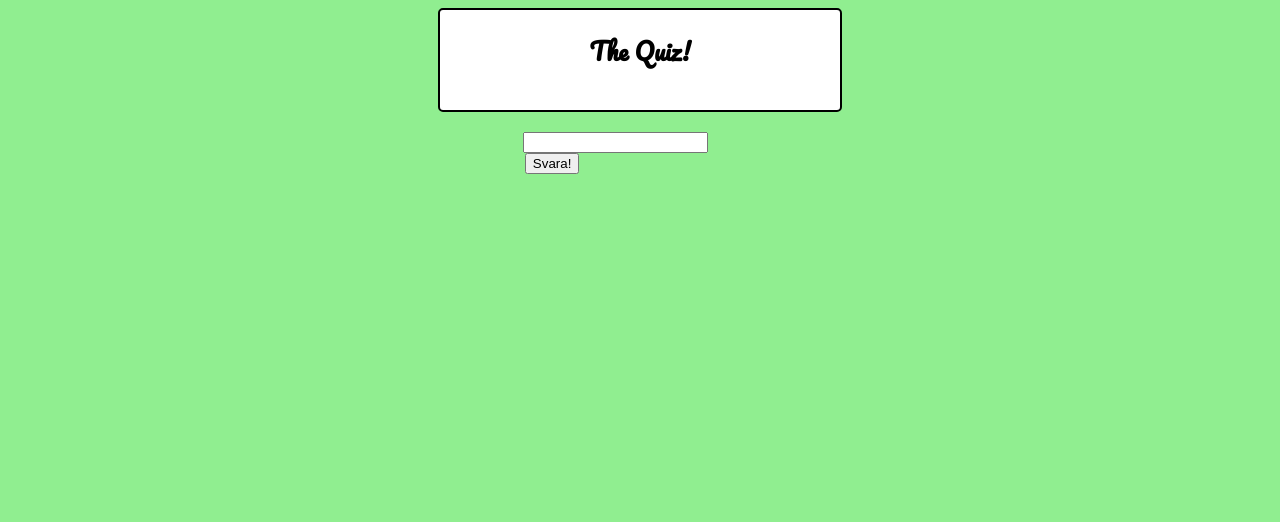
Repository: kn222gp/1dv403-laborationer
Page: 4-thequiz/index.html
The author's editor kept a record of every edit. The page is drawn from the files as they stood at one moment, then again after the next edit.
The browser window is 1280 px wide. The pictures show the whole page.
The page's requests for data from a server got no answer.

Above is the page before.

### 4-thequiz/index.html
<!DOCTYPE html>
<html lang="sv">
<head>
	<meta charset="UTF-8" />
 	<title>JavaScript - Laboration 4 - The Quiz</title>
 	<link rel="stylesheet" href="style.css" type="text/css" />
    <link href='https://fonts.googleapis.com/css?family=Pacifico' rel='stylesheet' type='text/css'>
</head>
<body>

    <header>
        <h2>The Quiz!</h2>
    </header>

    <div id="section">
        <h2 id="question">

        </h2>
        <div id="error">

        </div>
        <div id="msg">

        </div>

    </div>


        <form  id="input">
            <input type="text" name="svar" id="text"/>
            <input type="submit" value="Svara!" id="submit"/>
        </form>

    <script type="text/javascript" src="myScript.js"></script>
</body>

</html>

### 4-thequiz/style.css
body{
    background-color: LightGreen;
}

header{
    width: 400px;
    height: 100px;
    margin:auto;
    text-align:center;
    background-color:white;
    font-family: 'Pacifico', cursive;
    border-radius:5px;
    border: 2px solid black;
}


#firstSection{
    width:400px;
    height:300px;
    text-align:center;
    background-color:white;
    margin:auto;
    margin-top: 1%;
    border-radius:5px;
    border: 2px solid black;
     font-family: 'Pacifico', cursive;
}



#input{
    width: 235px;
    margin-left:auto;
    margin-right:auto;
    margin-top:1%;
    background-color: white;
}

#text{
    float:left;
}

#submit{
    float:left;
    margin-left:1%;
}

### 4-thequiz/myScript.js
"use strict";

var quiz = {

    // Declare variables.
    msg : document.getElementById("msg"),
    qSec: document.getElementById("question"),
    error: document.getElementById("error"),
    answer: document.getElementById("text"),
    submit: document.getElementById("submit"),
    tries: 0,
    tryArray: [],
    xhr: new XMLHttpRequest(),
    q: null,

    init: function(){
        console.log("window loaded."),

        quiz.quizGame("http://vhost3.lnu.se:20080/question/1");
    },

    // The function that contacts the server.
    quizGame: function(url){

        quiz.xhr.onreadystatechange = function(){

            if(quiz.xhr.readyState === 4 && quiz.xhr.status === 200){
                 quiz.q = JSON.parse(quiz.xhr.responseText);
                 quiz.qSec.innerHTML = quiz.q.question;

            // When I click the button.
            quiz.submit.addEventListener("click", function(e){
               console.log("clicked."),
               e.preventDefault();
               quiz.asking(quiz.q.nextURL, quiz.answer.value);
            });

             }
        };

        quiz.xhr.open("GET", url, true);
        quiz.xhr.send(null);
    },

    asking: function(url, ans){



    var xhr2 = new XMLHttpRequest();

        xhr2.onreadystatechange = function(){
            if(xhr2.readyState === 4){

                var message = JSON.parse(xhr2.responseText);

                if(message.message === "Correct answer!"){

                    if(message.nextURL !== undefined){
                        quiz.tryArray.push(quiz.tries);
                        quiz.quizGame(message.nextURL);
                        quiz.msg.innerHTML = "Rätt!";
                    }
                    else{
                        document.getElementById("answer").innerHTML = "Antal gissningar per fråga:";

                    for (var i = 0; i < quiz.tryArray.length; i++) {
                        document.getElementById("answer").innerHTML = "Fråga "+ i + 1 +": " + quiz.arr[i];
                    }

                    }

                }
                else {
                    quiz.tries++;
                    console.log("NEJ");
                    quiz.error.innerHTML = "Fel svar, tyvärr!";

                }
            }
        };


    var json = JSON.stringify({ answer: ans });


        quiz.xhr.open("POST", url, true);
        quiz.xhr.setRequestHeader("Content-Type", "application/json");
        quiz.xhr.send(json);

    },

};
window.onload = quiz.init;

After the next edit:
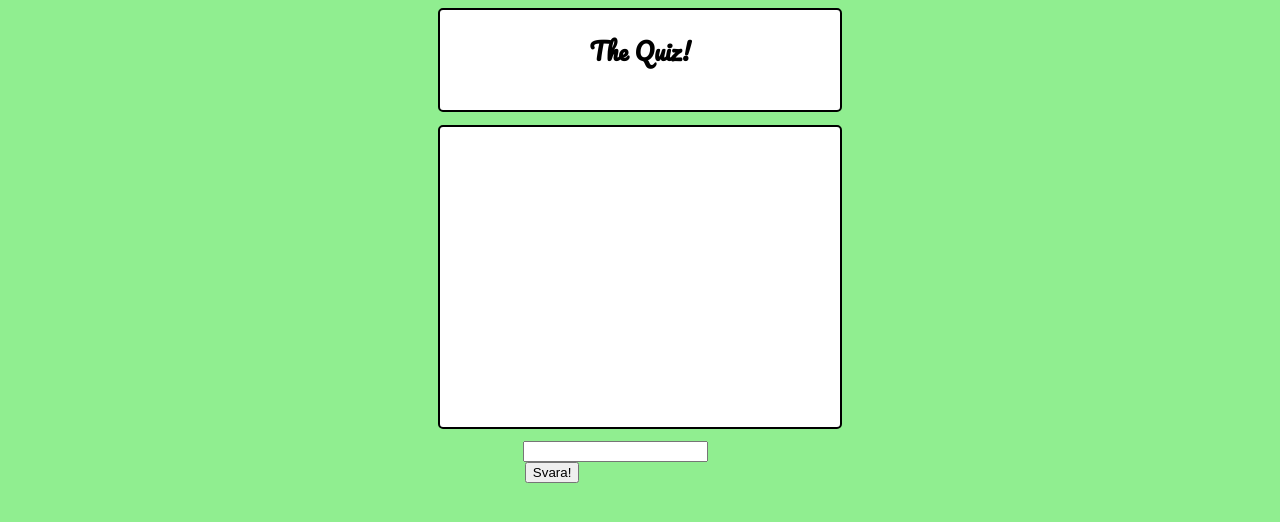
The edit:
--- a/4-thequiz/style.css
+++ b/4-thequiz/style.css
@@ -14,7 +14,7 @@
 }
 
 
-#firstSection{
+#section{
     width:400px;
     height:300px;
     text-align:center;
